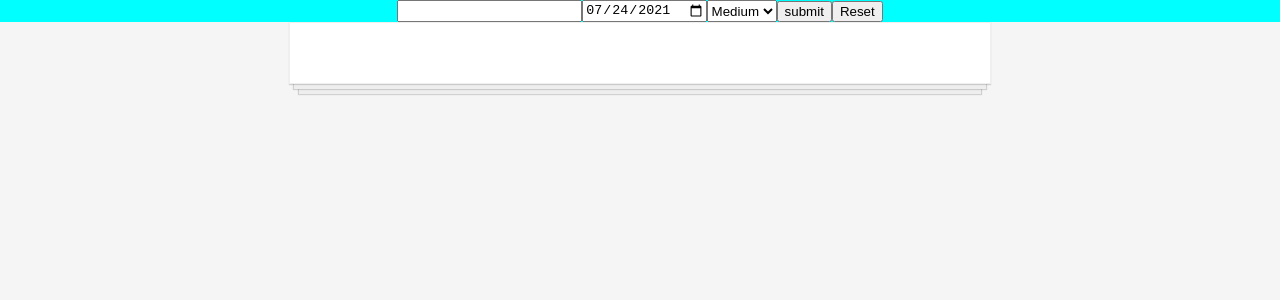
Repository: 0101chaitanya/react-todo
Page: /
These files come from the project's save history. The page is drawn as it stood at one moment and after the next save; the edit follows.
The browser window is 1280 px wide. The pictures show the whole page.
The project was rebuilt for these pictures with package versions that can differ from the ones it lists, and the page was loaded fresh each time. Also part of the build but not shown: src/components/TodoItem.js.

Above is the page before, as saved 2021-07-24 16:32:07.

After the next save:
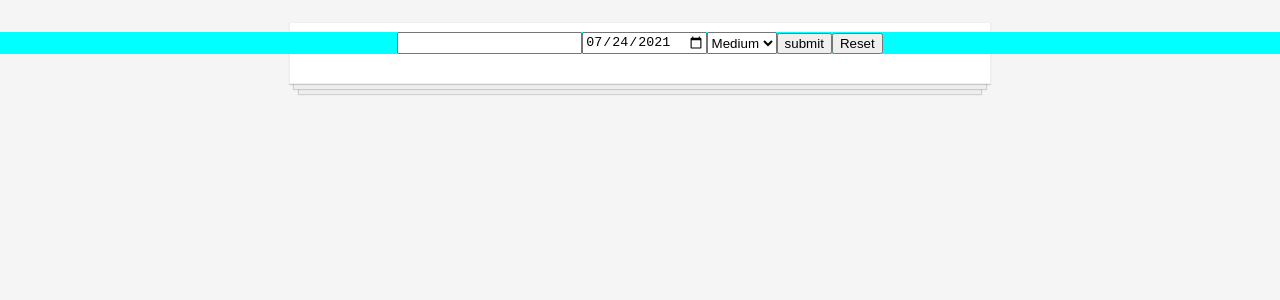
Saved 7 s later.
--- a/src/App.css
+++ b/src/App.css
@@ -47,4 +47,5 @@ input[type="checkbox"]:focus {
   display: flex;
   justify-content: center;
   position: relative;
+  top: 2rem;
 }
